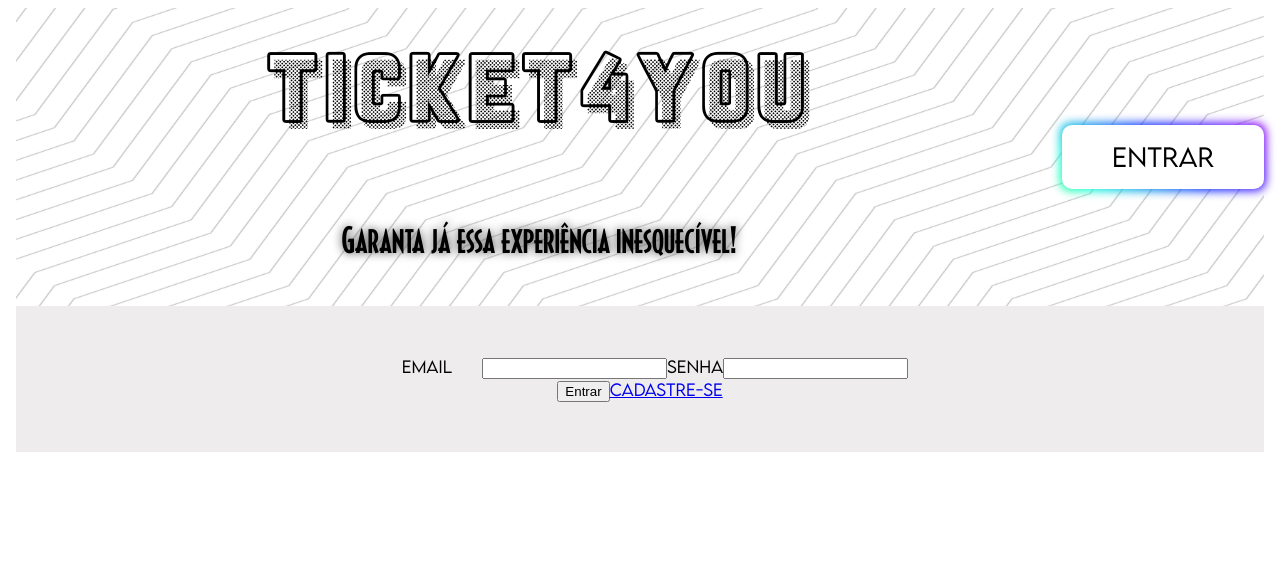
Repository: hellengurgaczz/projeto-DSA
Page: /login
The author's editor kept a copy of each file at every save. The page is drawn from the files as they stood at one save, then again after a run of saves.
The browser window is 1280 px wide. The pictures show the whole page.
The project was rebuilt for these pictures with package versions that can differ from the ones it lists, and the page was loaded fresh each time. Also part of the build but not shown: angular.json, src/app/ingressos/templates/cadastrar/cadastrar.component.ts, src/app/models/ingresso.model.ts, src/app/services/ingresso.service.ts, src/app/compra/comprar-ingresso/comprar-ingresso.component.ts, src/app/models/compra.model.ts, src/app/services/compra.service.ts, src/app/ingressos/templates/deletar/deletar.component.ts and 3 more.

Above is the page before, as saved 2022-05-10 12:30:04.

After the next 2 saves:
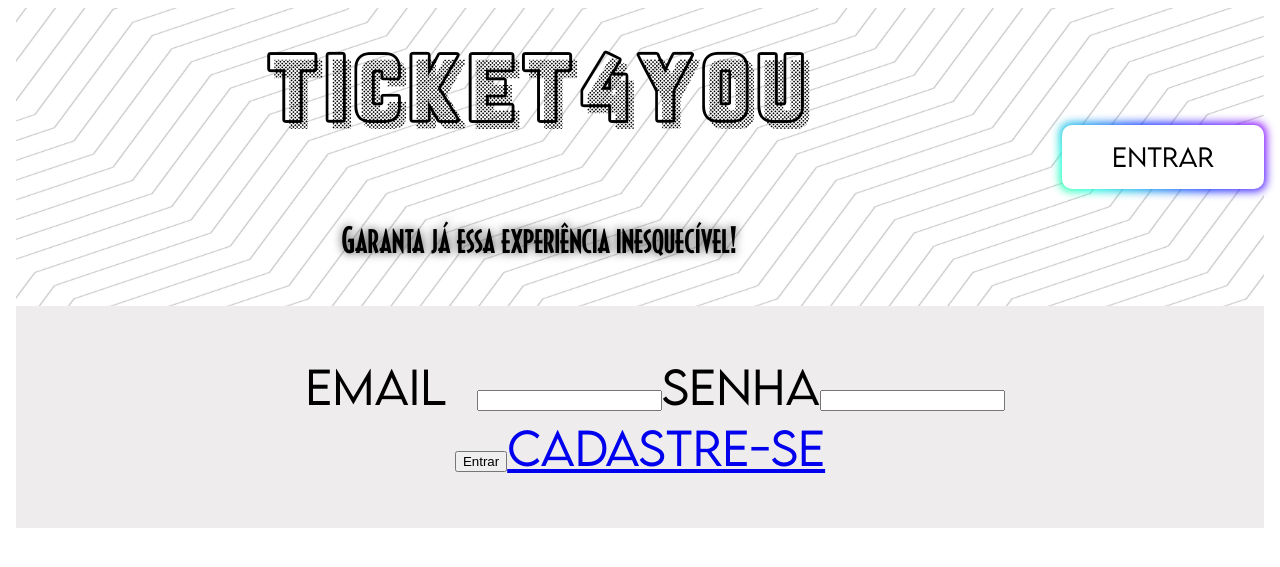
The 2 saves are shown as one change because they came seconds apart.
The last was saved 7 s later.
--- a/src/app/login/login.component.css
+++ b/src/app/login/login.component.css
@@ -1,5 +1,6 @@
 .all{
   font-family: LEMONMILKLight;
+  font-size: 45px;
   text-align: center;
   padding: 50px;
 }
